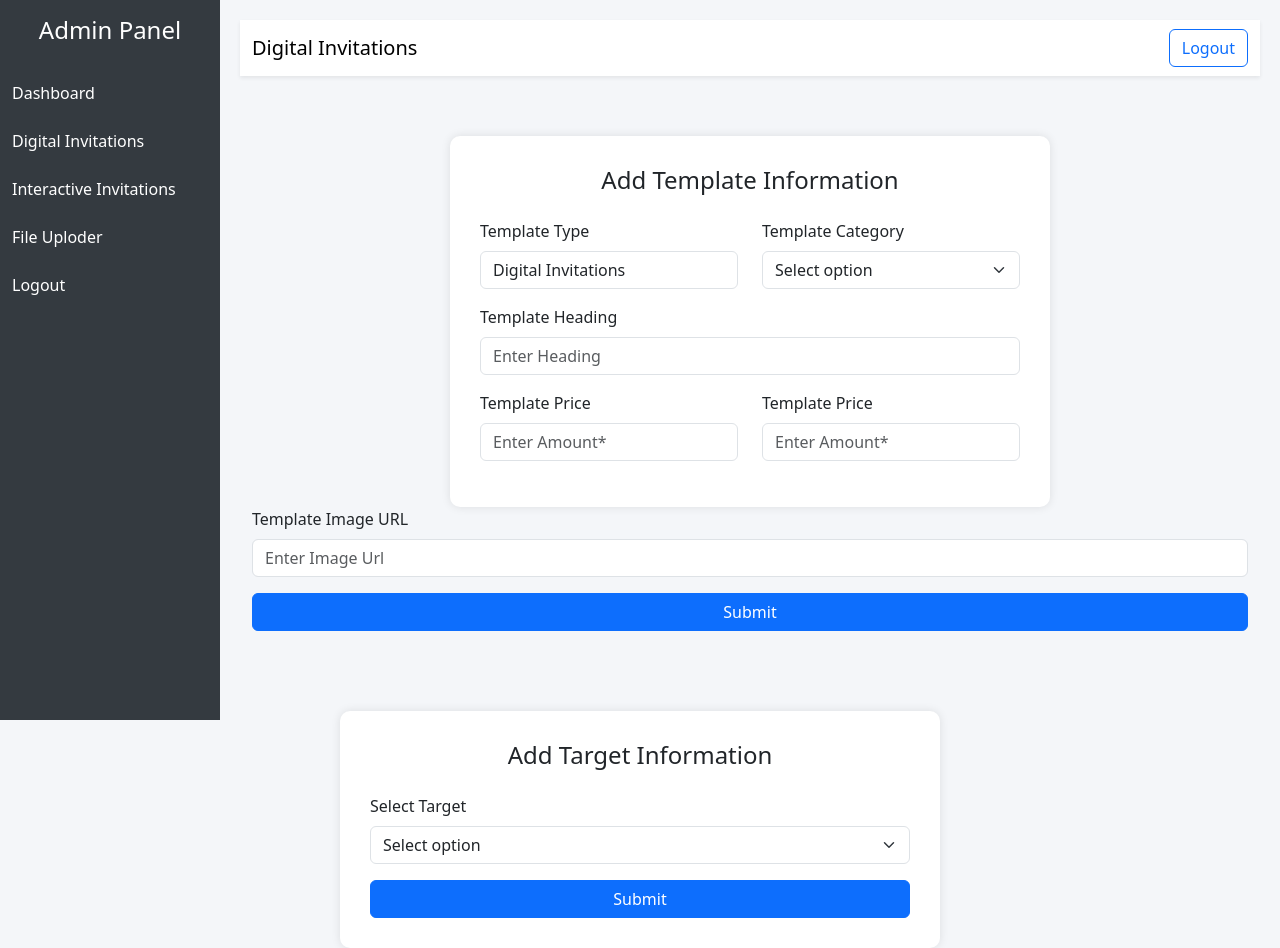
Repository: viraj7551/Flying-Invite-Project
Page: http://localhost/Admin03/digital_invitation.jsp
An editor plug-in stored every save of this project. The page is shown before and after the next save, followed by the edit.
The browser window is 1280 px wide. The pictures show the whole page.
Some web fonts or font styles are not loaded; a fallback is used. The page is served by Tomcat 9.

Above is the page before, as saved 2026-05-18 14:45:34.

After the next save:
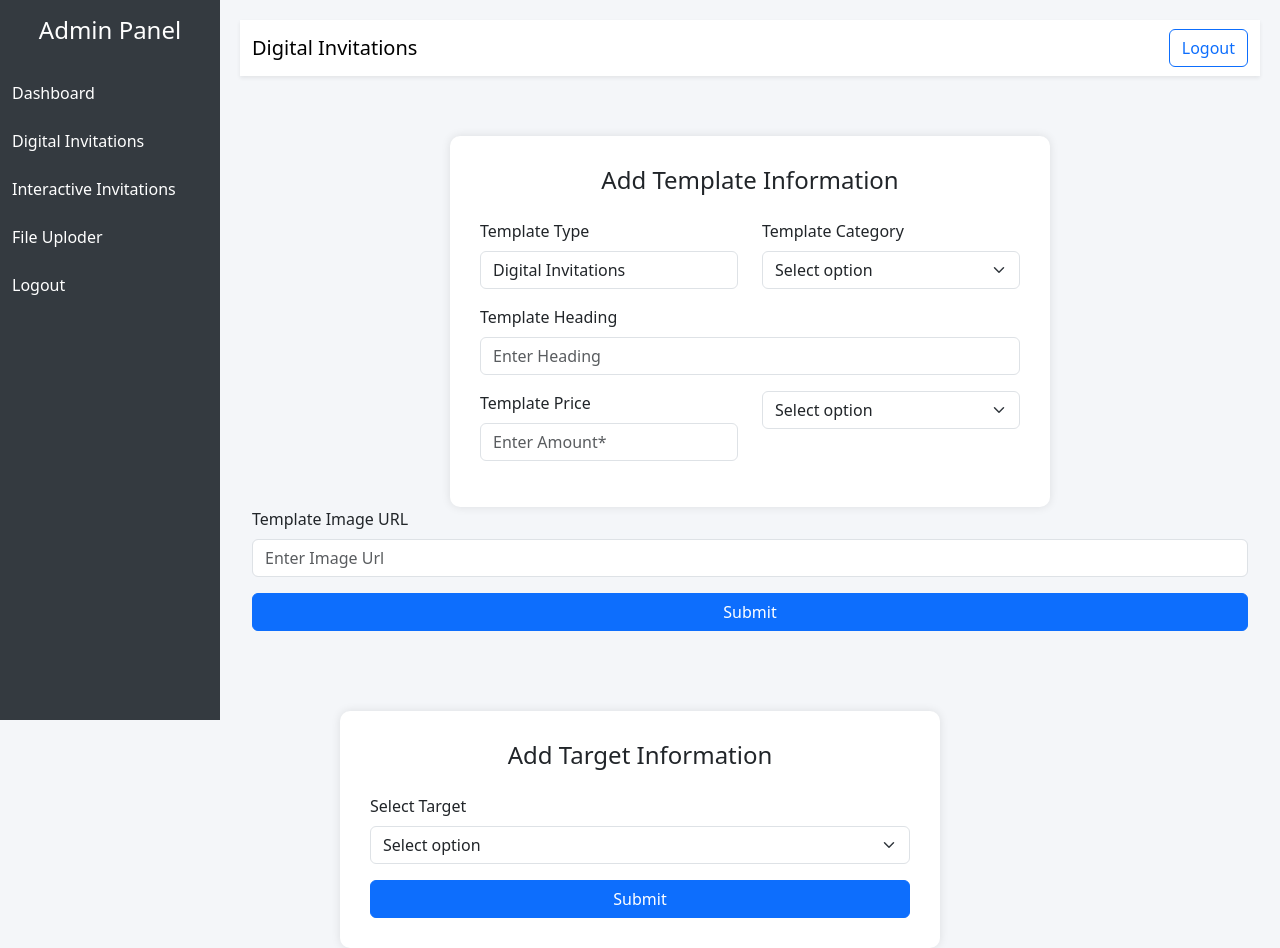
Saved 2 min 55 s later.
--- a/Admin03/WebContent/digital_invitation.jsp
+++ b/Admin03/WebContent/digital_invitation.jsp
@@ -160,9 +160,12 @@ margin-left:0;
           <label class="form-label">Template Price</label>
           <input type="text" class="form-control" placeholder="Enter Amount*" name="total_amount">
      </div>
-          <div class="col-md-6 mb-3">
-          <label class="form-label">Template Price</label>
-          <input type="text" class="form-control" placeholder="Enter Amount*" name="total_amount">
+     <div class="col-md-6 mb-3">
+              <select class="form-select" name="status">
+                 <option selected>Select option</option>
+                 <option value="Greeting">Greetings</option>
+                 <option value="Invitation">Invitation</option>
+             </select>
      </div>
 
      </div>
